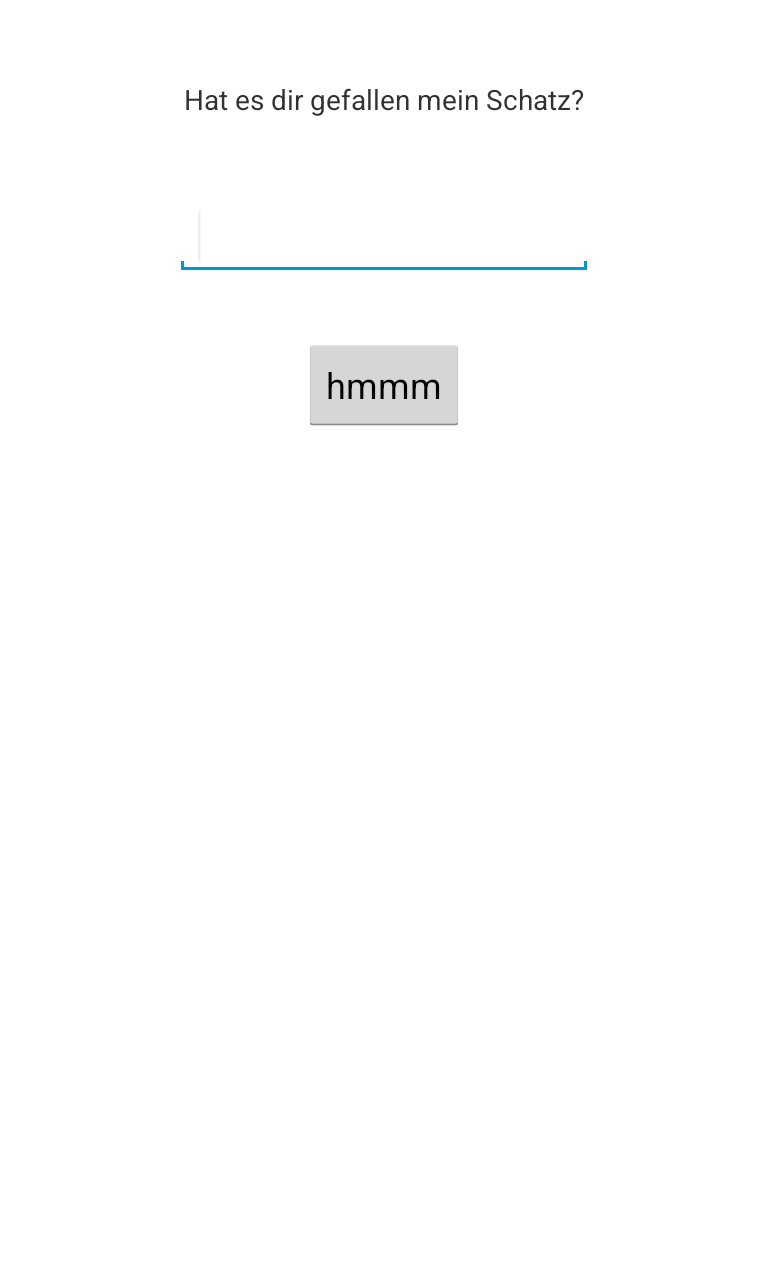
Repository: flashback2k12/ChristmasPresent
Layout: ChristmasPresent/res/layout/activity_expanded_stuff.xml
These files come from the project's save history. The layout is drawn as it stood at one moment and after the next save; the edit follows.
It is drawn on a 768 x 1280 px phone screen (xhdpi) without system bars, with theme AppTheme; the app's code is not run.

Above is the layout before, as saved 2012-12-19 18:27:11.

After the next save:
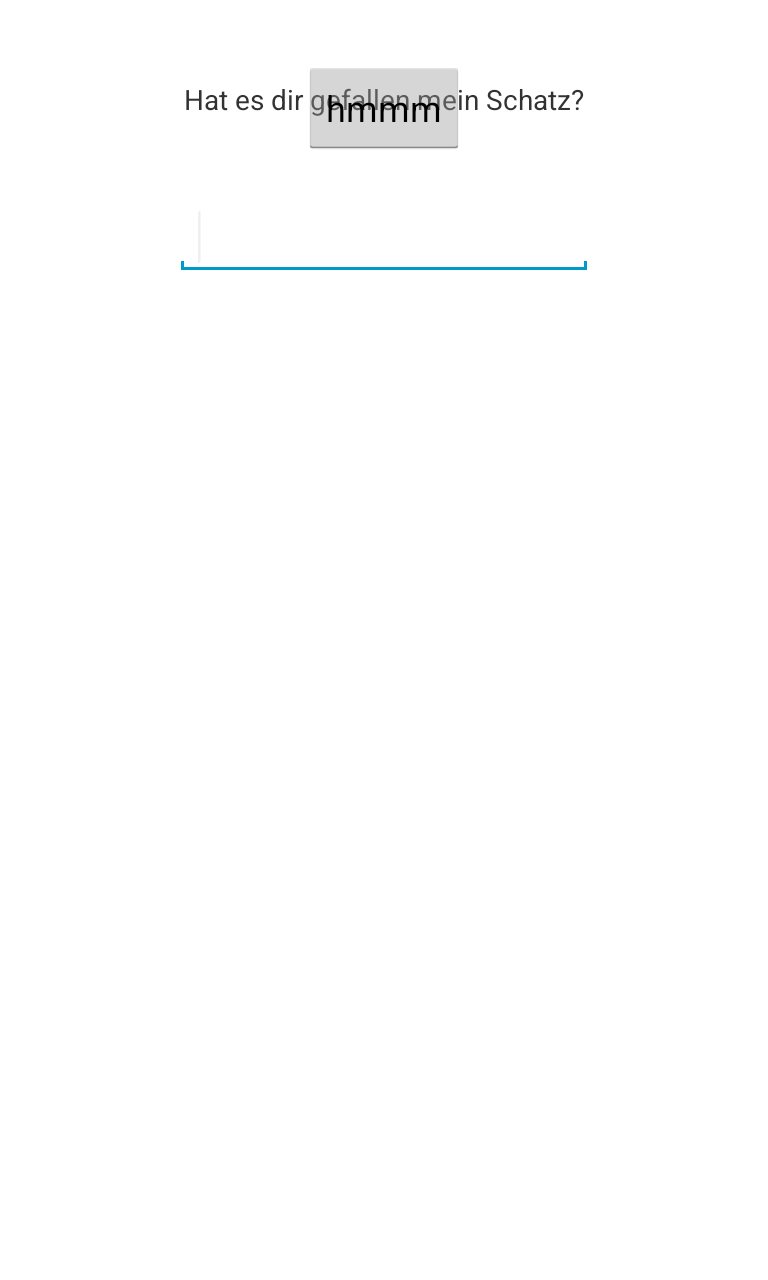
Saved 20 s later.
--- a/ChristmasPresent/res/layout/activity_expanded_stuff.xml
+++ b/ChristmasPresent/res/layout/activity_expanded_stuff.xml
@@ -20,7 +20,7 @@
             android:text="@string/expanded_one" />
 
         <EditText
-            android:id="@+id/editText1"
+            android:id="@+id/etAntwort"
             android:layout_width="wrap_content"
             android:layout_height="wrap_content"
             android:layout_below="@+id/textView1"

After the save that followed:
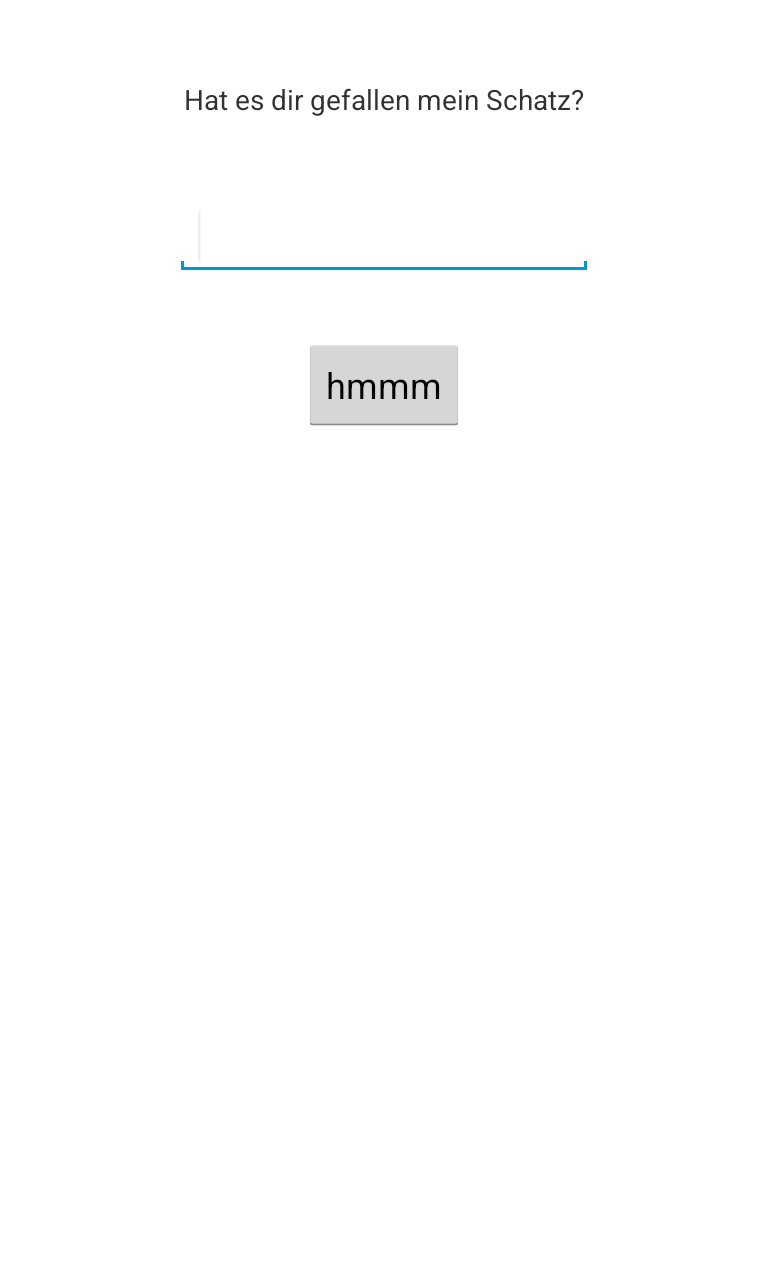
Saved 16 s later.
--- a/ChristmasPresent/res/layout/activity_expanded_stuff.xml
+++ b/ChristmasPresent/res/layout/activity_expanded_stuff.xml
@@ -35,7 +35,7 @@
             android:id="@+id/button1EXS"
             android:layout_width="wrap_content"
             android:layout_height="wrap_content"
-            android:layout_below="@+id/editText1"
+            android:layout_below="@+id/etAntwort"
             android:layout_centerHorizontal="true"
             android:layout_marginTop="30dp"
             android:text="@string/button_answer"
